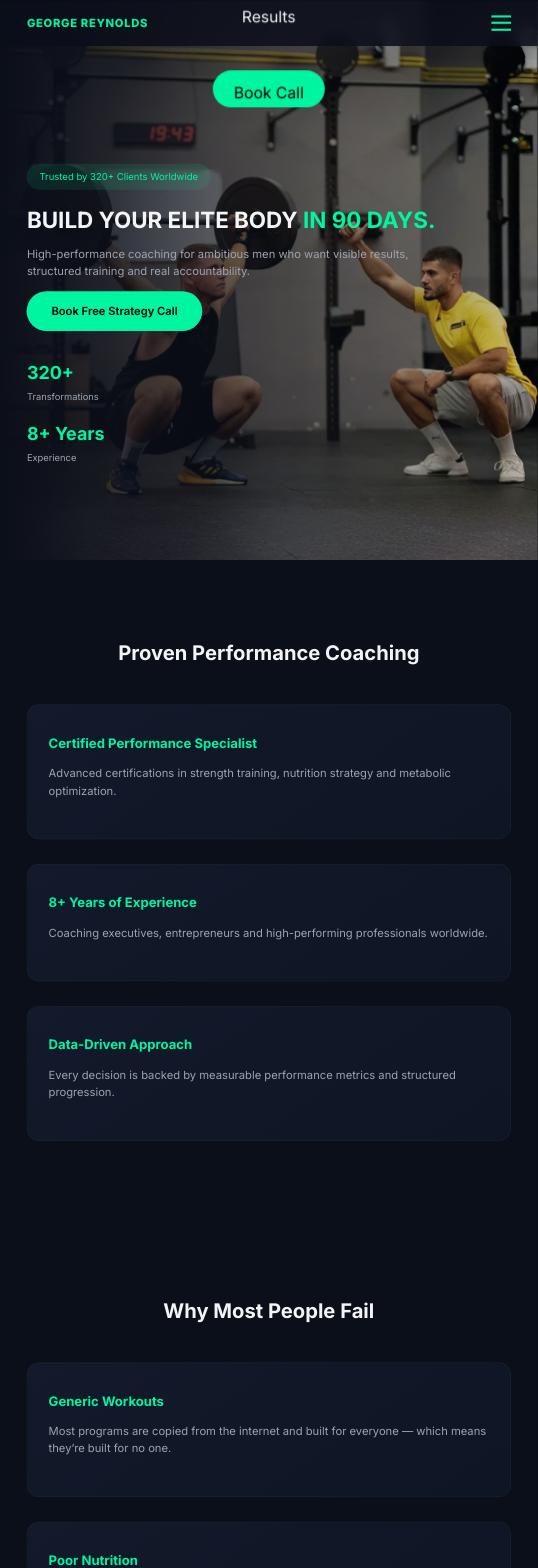
Repository: davidfsillva/Landing-page-pro
Page: index.html
The author's editor kept a copy of each file at every save. The page is drawn from the files as they stood at one save, then again after the next save.
The browser window is 768 px wide. The pictures show the part of the page from y = 0 to 2240 px (the page is 10189 px tall), at 70% of full size.

Above is the page before, as saved 2026-02-26 19:22:35.

### index.html
<!DOCTYPE html>
<html lang="en">
<head>
    <!-- ================= BASIC META ================= -->
    <meta charset="UTF-8">
    <meta name="viewport" content="width=device-width, initial-scale=1.0, maximum-scale=5.0">
    <meta name="robots" content="index, follow">
    <link rel="canonical" href="https://www.lucasreynolds.com">

    <!-- ================= SEO ================= -->
    <title>George Reynolds | Elite Personal Trainer</title>
    <meta name="description" content="Elite personal training focused on fat loss, muscle building and peak performance. Customized programs, strategic nutrition and real accountability. Book your free fitness consultation today.">

    <!-- ================= OPEN GRAPH ================= -->
    <meta property="og:title" content="George Reynolds | Transform Your Body in 90 Days">
    <meta property="og:description" content="Personalized training programs with proven results. Limited spots available.">
    <meta property="og:type" content="website">
    <meta property="og:image" content="https://placehold.co/1200x630/0B1020/00FF99?text=GEORGE+REYNOLDS">
    <meta property="og:url" content="https://www.georgereynolds.com">
    <meta name="twitter:card" content="summary_large_image">

    <!-- FONTS -->
    <link rel="preconnect" href="https://fonts.googleapis.com">
    <link href="https://fonts.googleapis.com/css2?family=Inter:wght@300;400;600;700;800&display=swap" rel="stylesheet">

    <link rel="stylesheet" href="style.css">
</head>

<body>

<header class="header">
  <div class="container header-flex">
      <div class="logo">GEORGE REYNOLDS</div>

        <button class="menu-toggle" id="menuToggle" aria-label="Toggle Menu">
        <span></span>
        <span></span>
        <span></span>
        </button>

      <nav class="nav" id="nav">
        <a href="#home">Home</a>
        <a href="#about">About</a>
        <a href="#method">Method</a>
        <a href="#results">Results</a>
        <a href="#contact" class="nav-cta">Book Call</a>
      </nav>
  </div>
</header>

<main>

<!-- HERO -->
<section id="home" class="hero reveal">
    <div class="hero-overlay"></div>
    <div class="container hero-grid">

        <div class="hero-content">
            <div class="hero-badge">
                Trusted by 320+ Clients Worldwide
            </div>

            <h1>
                BUILD YOUR ELITE BODY
                <span>IN 90 DAYS.</span>
            </h1>

            <p>
                High-performance coaching for ambitious men who want visible results,
                structured training and real accountability.
            </p>

            <div class="hero-buttons">
                <a href="#contact" class="btn btn-primary">
                    Book Free Strategy Call
                </a>
            </div>

            <div class="hero-proof">
                <div>
                    <strong>320+</strong>
                    <small>Transformations</small>
                </div>

                <div>
                    <strong>8+ Years</strong>
                    <small>Experience</small>
                </div>
            </div>
        </div>

    </div>
</section>

<!-- AUTHORITY -->
<section class="section authority reveal">
    <div class="container">
        <h2>Proven Performance Coaching</h2>

        <div class="grid-3">
            <div class="card reveal">
                <h3>Certified Performance Specialist</h3>
                <p>Advanced certifications in strength training, nutrition strategy and metabolic optimization.</p>
            </div>

            <div class="card reveal">
                <h3>8+ Years of Experience</h3>
                <p>Coaching executives, entrepreneurs and high-performing professionals worldwide.</p>
            </div>

            <div class="card reveal">
                <h3>Data-Driven Approach</h3>
                <p>Every decision is backed by measurable performance metrics and structured progression.</p>
            </div>
        </div>
    </div>
</section>

<!-- ABOUT -->
<section id="about" class="section reveal">
    <div class="container">
        <h2>Why Most People Fail</h2>

        <div class="grid-3">
            <div class="card reveal">
                <h3>Generic Workouts</h3>
                <p>Most programs are copied from the internet and built for everyone — which means they’re built for no one.</p>
            </div>

            <div class="card reveal">
                <h3>Poor Nutrition</h3>
                <p>Extreme dieting, random calorie cutting and unsustainable routines destroy consistency.</p>
            </div>

            <div class="card reveal">
                <h3>No Accountability</h3>
                <p>Without structured guidance and weekly adjustments, discipline fades fast.</p>
            </div>
        </div>
    </div>
</section>

<!-- SOLUTION -->
<section class="section section-dark solution reveal">
    <div class="container">
        <h2>The Solution: Structure + Strategy + Accountability</h2>
        <p class="section-sub">
            Real transformation happens when training, nutrition and mindset work together.
        </p>
    </div>
</section>

<!-- METHOD -->
<section id="method" class="section section-dark reveal">
    <div class="container">
        <h2>The Reynolds Method</h2>

        <div class="method-list">
            <div class="method-item reveal" data-step="01">
                <strong>Full Performance Assessment</strong>
                <p>Deep evaluation before building your transformation plan.</p>
            </div>

            <div class="method-item reveal" data-step="02">
                <strong>Precision Custom Program</strong>
                <p>Engineered around your specific goals with measurable benchmarks.</p>
            </div>

            <div class="method-item reveal" data-step="03">
                <strong>Strategic Nutrition System</strong>
                <p>Structured framework aligned with metabolism and lifestyle.</p>
            </div>

            <div class="method-item reveal" data-step="04">
                <strong>Elite Accountability Protocol</strong>
                <p>Weekly tracking and strategic adjustments.</p>
            </div>
        </div>
    </div>
</section>

<!-- BENEFITS -->
<section class="section benefits reveal">
    <div class="container">
        <h2>What You’ll Achieve</h2>

        <div class="grid-3">
            <div class="card reveal">
                <h3>Visible Fat Loss</h3>
                <p>Reduce body fat while preserving lean muscle mass.</p>
            </div>

            <div class="card reveal">
                <h3>Lean Muscle Gain</h3>
                <p>Build a strong, aesthetic and high-performance physique.</p>
            </div>

            <div class="card reveal">
                <h3>Peak Confidence</h3>
                <p>Develop discipline and mindset that extend beyond the gym.</p>
            </div>
        </div>
    </div>
</section>

<!-- RESULTS -->
<section id="results" class="section reveal">
    <div class="container">
        <h2>Transformation Case Study Concepts</h2>

        <div class="grid-3">
            <div class="testimonial reveal">
                <img src="img/card1.webp" alt="Fitness transformation concept" loading="lazy">
                <p>"In 16 weeks, measurable strength gains and fat reduction."</p>
                <span>Sample Case Study Concept</span>
            </div>

            <div class="testimonial reveal">
                <img src="img/card2.webp" alt="Fitness coaching concept" loading="lazy">
                <p>"Structured check-ins created sustainable progress."</p>
                <span>Sample Case Study Concept</span>
            </div>

            <div class="testimonial reveal">
                <img src="img/card3.webp" alt="Elite fitness result concept" loading="lazy">
                <p>"Personalized programming transformed performance."</p>
                <span>Sample Case Study Concept</span>
            </div>
        </div>
    </div>
</section>

<!-- FAQ -->
<section class="section section-dark faq reveal">
    <div class="container">
        <h2>Frequently Asked Questions</h2>

        <div class="faq-item reveal">
            <h3>Is this program for beginners?</h3>
            <p>Yes. The program is customized based on your current fitness level.</p>
        </div>

        <div class="faq-item reveal">
            <h3>Do I need gym access?</h3>
            <p>Gym is recommended for optimal results, but adaptations can be made.</p>
        </div>

        <div class="faq-item reveal">
            <h3>How soon will I see results?</h3>
            <p>Most clients see measurable progress within the first 4–6 weeks.</p>
        </div>
    </div>
</section>

<!-- URGENCY -->
<section class="section section-dark urgency reveal">
    <div class="container">
        <h2>Limited Coaching Spots Available</h2>

        <div class="urgency-highlight">
            <strong>Only 3 Spots Remaining This Month</strong>
        </div>

        <a href="#contact" class="btn btn-primary">Apply Now</a>
    </div>
</section>

<!-- CONTACT -->
<section id="contact" class="section cta reveal">
    <div class="container contact-container">
        <h2>Book Your Free Strategy Call</h2>

        <form id="leadForm" class="form contact-form">
            <div class="input-group">
                <input type="text" id="nome" name="nome" placeholder="Full Name" required>
            </div>

            <div class="input-group">
                <input type="email" id="email" name="email" placeholder="Email Address" required>
            </div>

            <div class="input-group">
                <input type="tel" id="telefone" name="telefone" placeholder="Phone Number (DDD + Number)" required>
            </div>

            <button type="submit" class="btn btn-primary btn-full">
                Schedule My Free Call
            </button>

            <div id="formFeedback" class="form-feedback"></div>
        </form>
    </div>
</section>

</main>

<footer class="footer">
    <div class="container">
        <p>© 2026 George Reynolds Performance. All rights reserved.</p>
    </div>
</footer>

<script src="script.js"></script>
</body>
</html>

### style.css
/* ===============================
   RESET
=================================*/
*,
*::before,
*::after {
    margin: 0;
    padding: 0;
    box-sizing: border-box;
}

/* ===============================
   VARIABLES
=================================*/
:root {
    --bg: #0B0F1A;
    --bg-dark: #111827;
    --card: #161F2E;

    --text: #F3F4F6;
    --muted: #9CA3AF;

    --accent: #00F5A0;

    --radius: 18px;
    --transition: 0.35s ease;
}

/* ===============================
   BASE
=================================*/
body {
    font-family: 'Inter', sans-serif;
    background: var(--bg);
    color: var(--muted);
    line-height: 1.6;
    overflow-x: hidden;
}

.container {
    width: 90%;
    max-width: 1200px;
    margin: auto;
}

.section {
    padding: 110px 0;
}

.section-dark {
    background: var(--bg-dark);
}

h1, h2, h3 {
    color: var(--text);
}

h1 {
    font-size: clamp(2rem, 4vw, 3rem);
    line-height: 1.2;
}

h1 span {
    color: var(--accent);
}

h2 {
    font-size: clamp(1.8rem, 3vw, 2.4rem);
    margin-bottom: 50px;
    text-align: center;
}

p {
    margin: 15px 0;
}

a {
    text-decoration: none;
}

.nav a.active {
    color: var(--accent);
    font-weight: 600;
}

/* ===============================
   BUTTONS
=================================*/
.btn {
    display: inline-block;
    padding: 16px 35px;
    border-radius: 50px;
    font-weight: 600;
    transition: var(--transition);
    cursor: pointer;
}

.btn-primary {
    background: var(--accent);
    color: #000;
}

.btn-primary:hover {
    transform: translateY(-4px);
    box-shadow: 0 15px 35px -10px rgba(0,245,160,0.6);
}

/* ===============================
   HEADER
=================================*/
.header {
    position: fixed;
    width: 100%;
    background: rgba(11,15,26,0.85);
    backdrop-filter: blur(10px);
    padding: 20px 0;
    z-index: 1000;
}

.header-flex {
    display: flex;
    justify-content: space-between;
    align-items: center;
}

.logo {
    font-weight: 800;
    color: var(--accent);
    letter-spacing: 1px;
}

.nav {
    display: flex;
    gap: 30px;
}

.nav a {
    position: relative;
    padding-bottom: 4px;
}

.nav a:hover {
    color: var(--accent);
}

.nav a::after {
    content: "";
    position: absolute;
    left: 0;
    bottom: 0;
    width: 0;
    height: 2px;
    background: var(--accent);
    transition: 0.3s ease;
}

.nav a:hover::after {
    width: 100%;
}

.nav-cta {
    color: var(--accent);
}

/* ===============================
   HERO
=================================*/
.hero {
    height: 100vh;
    display: flex;
    align-items: center;
    background: url('img/hero.webp') center right/cover no-repeat;
    position: relative;
    padding-top: 100px;
}

.hero-overlay {
    position: absolute;
    inset: 0;
    background: linear-gradient(270deg, rgba(11,15,26,0.2), rgba(11,15,26,1));
}

.hero-grid {
    position: relative;
}

.hero-content {
    max-width: 600px;
}

.hero-badge {
    background: rgba(0,245,160,0.1);
    color: var(--accent);
    padding: 8px 18px;
    border-radius: 50px;
    display: inline-block;
    margin-bottom: 25px;
    font-size: 0.85rem;
}

.hero-proof {
    display: flex;
    gap: 50px;
    margin-top: 40px;
}

.hero-proof strong {
    color: var(--accent);
    font-size: 1.6rem;
    display: block;
}

.menu-toggle {
    display: none;
    width: 28px;
    height: 22px;
    position: relative;
    background: none;
    border: none;
    cursor: pointer;
}

.menu-toggle span {
    position: absolute;
    width: 100%;
    height: 3px;
    background: var(--accent);
    left: 0;
    transition: 0.4s ease;
}

.menu-toggle span:nth-child(1) { top: 0; }
.menu-toggle span:nth-child(2) { top: 9px; }
.menu-toggle span:nth-child(3) { bottom: 0; }

.menu-toggle.active span:nth-child(1) {
    transform: rotate(45deg);
    top: 9px;
}

.menu-toggle.active span:nth-child(2) {
    opacity: 0;
}

.menu-toggle.active span:nth-child(3) {
    transform: rotate(-45deg);
    bottom: 9px;
}





/* ===============================
   GRID SYSTEM
=================================*/
.grid-3 {
    display: grid;
    grid-template-columns: repeat(3, 1fr);
    gap: 35px;
}

/* ===============================
   CARD
=================================*/
.card,
.testimonial {
    background: linear-gradient(145deg, #121A2B, #0E1524);
    padding: 40px 30px;
    border-radius: var(--radius);
    border: 1px solid rgba(255,255,255,0.04);
    transition: var(--transition);
}

.card:hover,
.testimonial:hover {
    transform: translateY(-10px);
    border-color: var(--accent);
    box-shadow: 0 25px 60px -20px rgba(0,245,160,0.4);
}

.card h3 {
    color: var(--accent);
    margin-bottom: 15px;
}

.reveal {
  opacity: 0;
  transform: translateY(40px);
  transition: all 0.8s ease;
}

.reveal.active {
  opacity: 1;
  transform: translateY(0);
}

/* ===============================
   METHOD
=================================*/
.method-list {
    display: grid;
    gap: 30px;
    margin-top: 60px;
}

.method-item {
    position: relative;
    background: linear-gradient(145deg, #141C2F, #0F1625);
    padding: 35px 40px 35px 90px;
    border-radius: var(--radius);
    border: 1px solid rgba(255,255,255,0.05);
    transition: var(--transition);
    overflow: hidden; /* IMPORTANTE */

}

.method-item::before {
    content: "";
    position: absolute;
    left: 0;
    top: 0;
    width: 6px;
    height: 100%;
    background: var(--accent);
    border-top-left-radius: var(--radius);
    border-bottom-left-radius: var(--radius);
}

.method-item::after {
    content: attr(data-step);
    position: absolute;
    right: 30px;
    top: 20px;
    font-size: 4rem;
    font-weight: 800;
    color: rgba(255,255,255,0.05);
}

.method-item:hover {
    transform: translateY(-10px);
    border-color: var(--accent);
    box-shadow: 0 25px 60px -20px rgba(0,245,160,0.4);
}

.method-item strong {
    display: block;
    color: var(--text);
    margin-bottom: 10px;
}

.solution {
    text-align: center;
}

.section-sub {
    max-width: 650px;
    margin: 0 auto;
    font-size: 1rem;
    color: var(--muted);
}

/* ===============================
   TESTIMONIAL
=================================*/
#results {
    text-align: center;
}

.testimonial {
    text-align: center;
}

.testimonial img {
    width: 100%;
    border-radius: 14px;
    margin-bottom: 20px;
}

.testimonial span {
    display: block;
    margin-top: 15px;
    font-weight: 600;
    color: var(--accent);
}

/* ===============================
   URGENCY
=================================*/
.urgency {
    text-align: center;
    background: linear-gradient(145deg, #0E1428, #0B1020);
    padding: 120px 0;
}

.urgency-highlight {
    margin: 30px 0;
    font-size: 1.2rem;
    color: var(--accent);
}

/* ===============================
   CONTACT
=================================*/
.cta {
    background: #0E1428;
    text-align: center;
    padding: 120px 0;
}

.contact-container {
    max-width: 700px;
    margin: auto;
}

.contact-form {
    display: flex;
    flex-direction: column;
    gap: 20px;
}

.contact-form input {
    width: 100%;
    padding: 18px 20px;
    border-radius: 14px;
    border: 1px solid rgba(255,255,255,0.08);
    background: #0F1625;
    color: var(--text);
    transition: var(--transition);
}

.contact-form input:focus {
    border-color: var(--accent);
    box-shadow: 0 0 0 4px rgba(0,245,160,0.15);
    outline: none;
}

.btn-full {
    width: 100%;
    padding: 18px;
    font-weight: 700;
}

/* ===============================
   FOOTER
=================================*/
.footer {
    padding: 50px 0;
    text-align: center;
    background: #05070E;
}

/* ===============================
   SCROLL REVEAL PREP
=================================*/
.reveal {
    opacity: 0;
    transform: translateY(40px);
    transition: 0.8s ease;
}


/* ===============================
   RESPONSIVE
=================================*/
@media (max-width: 992px) {
    .grid-3 {
        grid-template-columns: repeat(2, 1fr);
    }
}

@media (max-width: 768px) {


    .hero {
        background: url('img/heromobile.webp') center center/cover no-repeat;
    }

    .nav {
        position: fixed;
        inset: 0;
        background: rgba(11,15,26,0.98);
        backdrop-filter: blur(12px);

        display: flex;
        flex-direction: column;
        justify-content: center;
        align-items: center;

        gap: 35px;

        transform: translateY(-100%);
        transition: 0.5s ease;

        z-index: 999;
    }

    .nav.active {
        transform: translateY(0);
    }

    .nav a {
        font-size: 1.4rem;
        color: var(--text);
    }

    .nav a:hover {
        color: var(--accent);
    }

    .nav-cta {
        margin-top: 20px;
        background: var(--accent);
        color: #000 !important;
        padding: 14px 30px;
        border-radius: 50px;
    }

    .menu-toggle {
        display: block;
    }

    .grid-3 {
        grid-template-columns: 1fr;
    }

    .hero-proof {
        flex-direction: column;
        gap: 20px;
    }

    .hero {
        background-position: center;
    }

      .method-item::after {
        font-size: 2.5rem;
        top: 15px;
        right: 20px;
    }

    .method-item {
        padding: 30px 25px 30px 70px;
    }
}

Loaded but not shown: script.js (195 lines, source omitted)

After the next save:
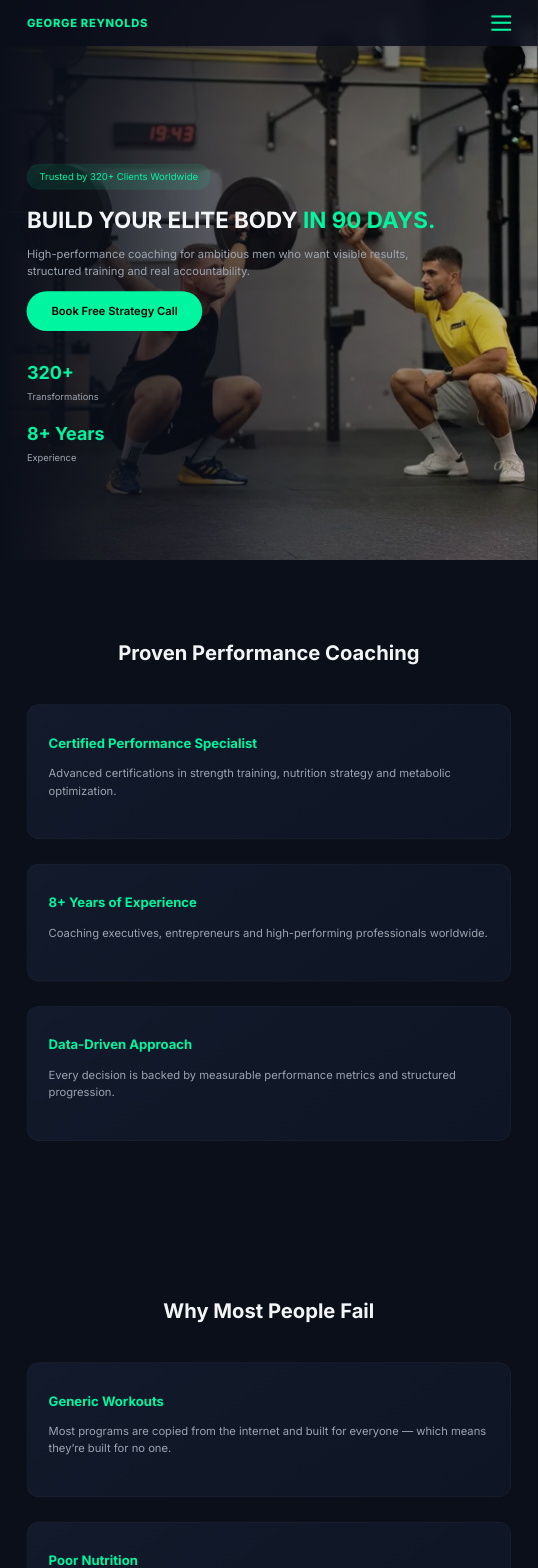
Saved 18 s later.
--- a/style.css
+++ b/style.css
@@ -476,28 +476,32 @@ a {
         background: url('img/heromobile.webp') center center/cover no-repeat;
     }
 
-    .nav {
-        position: fixed;
-        inset: 0;
-        background: rgba(11,15,26,0.98);
-        backdrop-filter: blur(12px);
-
-        display: flex;
-        flex-direction: column;
-        justify-content: center;
-        align-items: center;
-
-        gap: 35px;
-
-        transform: translateY(-100%);
-        transition: 0.5s ease;
-
-        z-index: 999;
-    }
-
-    .nav.active {
-        transform: translateY(0);
-    }
+  .nav {
+    position: fixed;
+    top: 0;
+    left: 0;
+    width: 100%;
+    height: 100vh;
+
+    background: rgba(11,15,26,0.98);
+    backdrop-filter: blur(12px);
+
+    display: flex;
+    flex-direction: column;
+    justify-content: center;
+    align-items: center;
+
+    gap: 40px;
+
+    transform: translateY(-100%);
+    transition: transform 0.5s ease;
+
+    z-index: 9999;
+  }
+
+  .nav.active {
+    transform: translateY(0);
+  }
 
     .nav a {
         font-size: 1.4rem;
